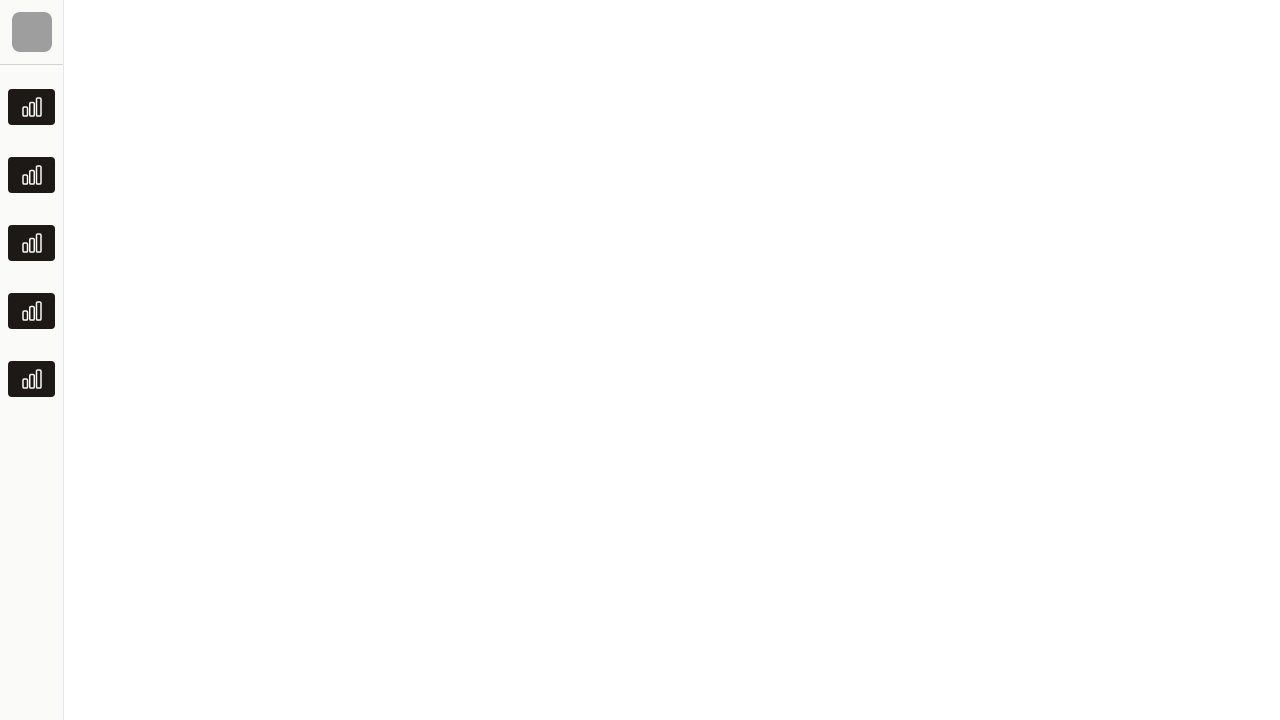
Repository: XavierOtavio/Cuzinhas
Page: /dashboard
An editor plug-in stored every save of this project. The page is shown before and after the next save, followed by the edit.
The browser window is 1280 px wide. The pictures show the whole page.
Pictures or frames that could not be fetched are drawn as grey boxes. The project was rebuilt for these pictures with package versions that can differ from the ones it lists, and the page was loaded fresh each time. Also part of the build but not shown: src/components/Header.js, src/components/Login.js.

Above is the page before, as saved 2023-03-08 12:47:42.

After the next save:
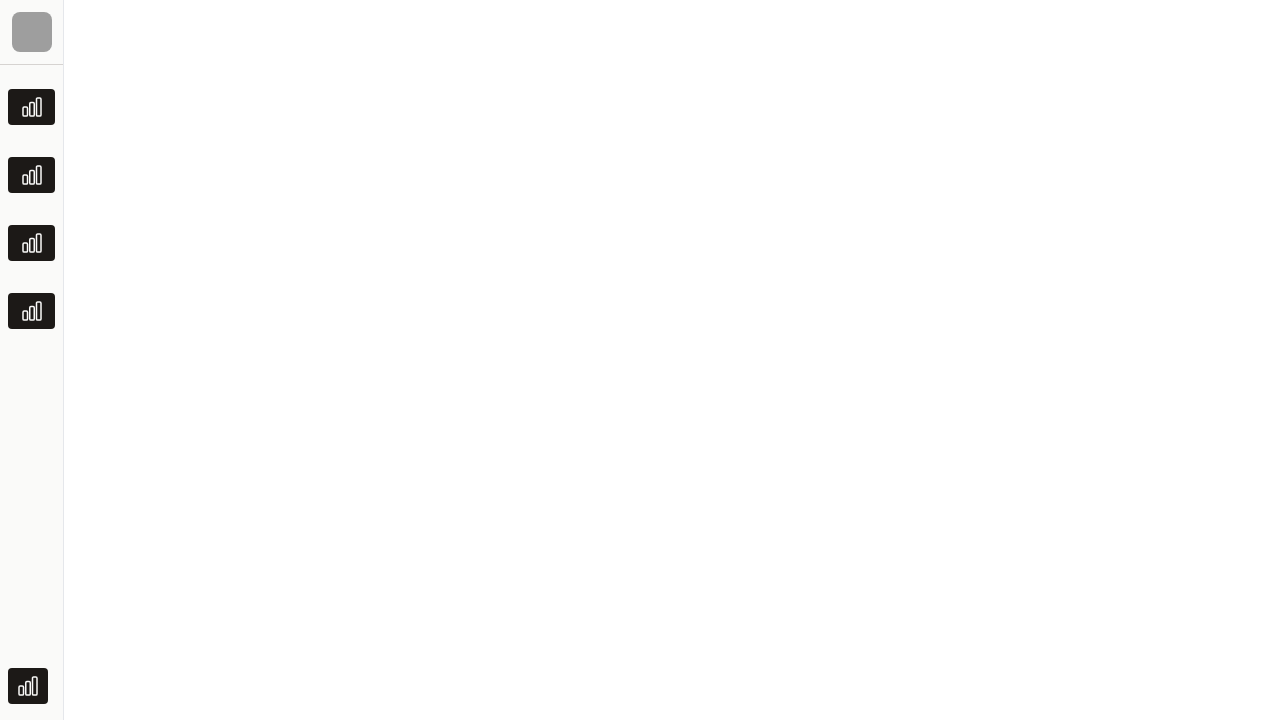
Saved 9 s later.
--- a/src/components/Dashboard.js
+++ b/src/components/Dashboard.js
@@ -66,7 +66,7 @@ export default function Dashboard() {
                   </span>
                 </NavLink>
               </div>
-              <div className="py-4 bottom-0">
+              <div className="py-4 bottom-0 absolute">
                 <NavLink
                   to="#"
                   className="group relative flex  justify-center rounded bg-stone-900 px-2 py-1.5 text-stone-50"
